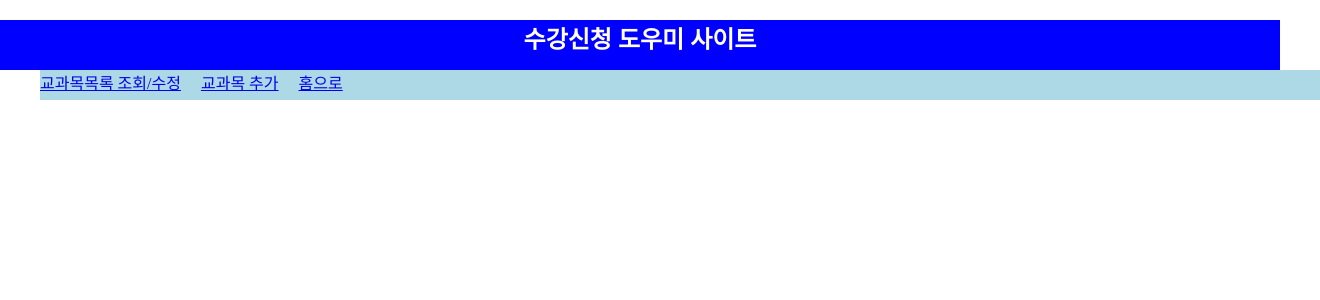
Repository: yuuki08noah/CHUNGCHUSANKI
Page: http://localhost/project/header.jsp
An editor plug-in stored every save of this project. The page is shown before and after the next save, followed by the edit.
The browser window is 1280 px wide. The page is 1320 px wide, then 1280 px, so the pictures cover 1320 px, including what lies to the right of the window. The pictures show the whole page.
The page is served by Tomcat 9.

Above is the page before, as saved 2025-03-25 08:21:04.

### HRD_002/project/src/main/webapp/header.jsp
<%@ page language="java" contentType="text/html; charset=UTF-8"
    pageEncoding="UTF-8"%>
<!DOCTYPE html>
<html>
<head>
<meta charset="UTF-8">
<title>Insert title here</title>
</head>
<body style="margin: 0 0; top: 0; padding: 0 0;">
	<header style="height: 50px; width: 100%; color: white; background-color: blue; text-align: center;">
		<h2>수강신청 도우미 사이트</h2>
	</header>
	<nav style="height: 30px; width: 100%; color: white; background-color: lightblue; display: flex; gap: 20px; margin-left: 40px;">
		<a href="#">교과목목록 조회/수정</a>
		<a href="#">교과목 추가</a>
		<a href="#">홈으로</a>
	</nav>
</body>
</html>

After the next save:
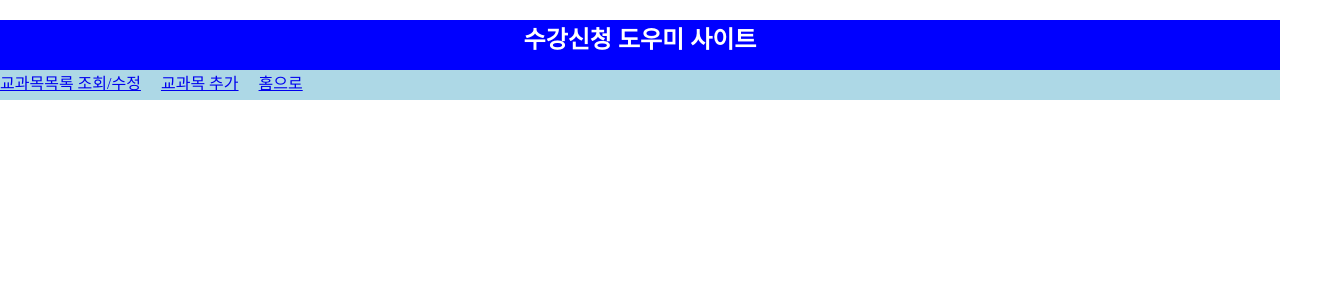
Saved 36 s later.
--- a/HRD_002/project/src/main/webapp/header.jsp
+++ b/HRD_002/project/src/main/webapp/header.jsp
@@ -10,7 +10,7 @@
 	<header style="height: 50px; width: 100%; color: white; background-color: blue; text-align: center;">
 		<h2>수강신청 도우미 사이트</h2>
 	</header>
-	<nav style="height: 30px; width: 100%; color: white; background-color: lightblue; display: flex; gap: 20px; margin-left: 40px;">
+	<nav style="height: 30px; width: 100%; color: white; background-color: lightblue; display: flex; gap: 20px;">
 		<a href="#">교과목목록 조회/수정</a>
 		<a href="#">교과목 추가</a>
 		<a href="#">홈으로</a>
